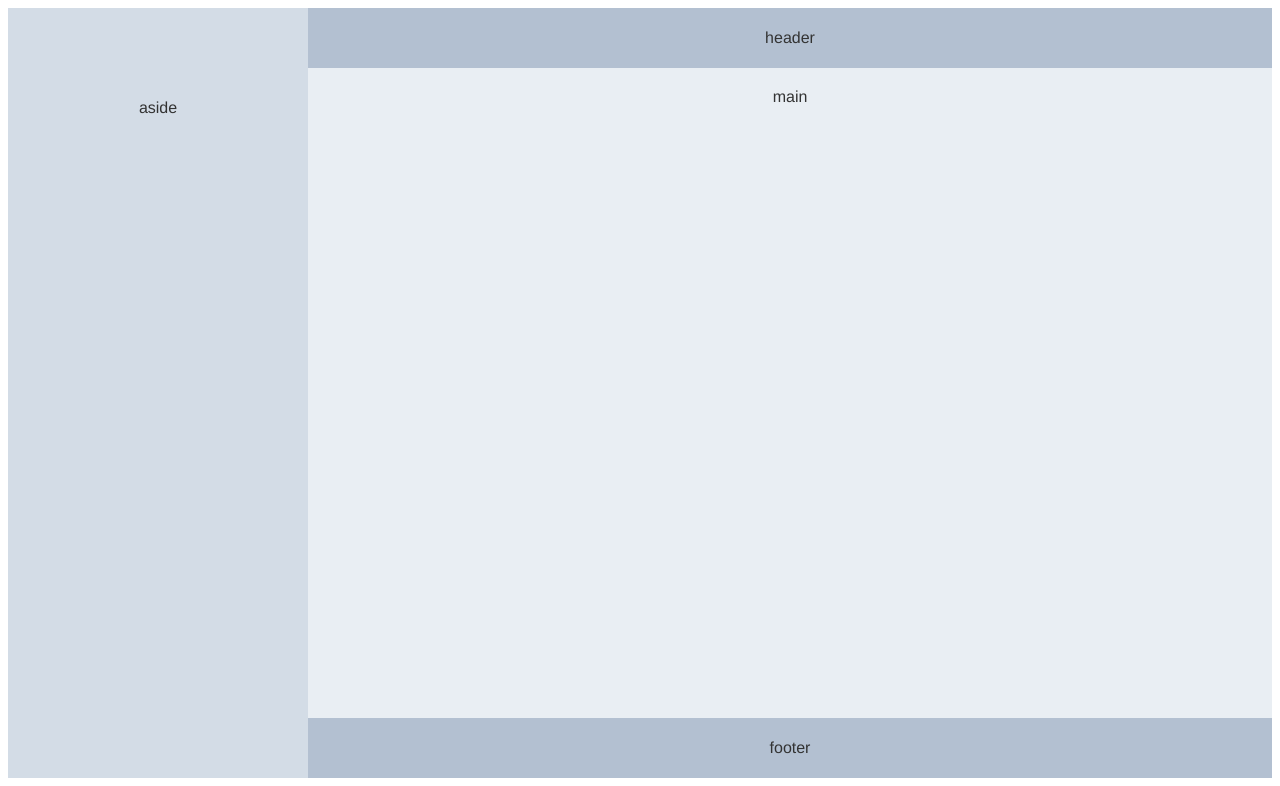
Repository: lagezhou888/element-vue2
Page: /#/button
The author's editor kept a copy of each file at every save. The page is drawn from the files as they stood at one save, then again after the next save.
The browser window is 1280 px wide. The pictures show the whole page.
The project was rebuilt for these pictures with package versions that can differ from the ones it lists, and the page was loaded fresh each time. Also part of the build but not shown: src/components/HelloWorld.vue, src/views/Home.vue.

Above is the page before, as saved 2021-05-13 15:21:29.

### src/main.js
import Vue from 'vue'
import ElementUI from 'element-ui'
import 'element-ui/lib/theme-chalk/index.css'
import App from './App.vue'

// fade/zoom 等
import 'element-ui/lib/theme-chalk/base.css'
// collapse 展开折叠
import CollapseTransition from 'element-ui/lib/transitions/collapse-transition'

import router from './router'
import store from './store'
import '@/plugins/element.js'

Vue.component(CollapseTransition.name, CollapseTransition)
Vue.use(ElementUI, { size: 'small', zIndex: 3000 })
Vue.use(ElementUI)
Vue.config.productionTip = false

new Vue({
  router,
  store,
  render: h => h(App)
}).$mount('#app')

### src/App.vue
<template>
  <div id="app">
    <!-- <div id="nav">
      <router-link to="/">Home</router-link> |
      <router-link to="/about">About</router-link>
    </div> -->
    <router-view/>
  </div>
</template>

<style lang="less">
#app {
  font-family: Avenir, Helvetica, Arial, sans-serif;
  -webkit-font-smoothing: antialiased;
  -moz-osx-font-smoothing: grayscale;
  text-align: center;
  color: #2c3e50;
}

#nav {
  padding: 30px;

  a {
    font-weight: bold;
    color: #2c3e50;

    &.router-link-exact-active {
      color: #42b983;
    }
  }
}
</style>

### src/router/index.js
import Vue from 'vue'
import VueRouter from 'vue-router'
import Home from '../views/Home.vue'

Vue.use(VueRouter)

const routes = [
  {
    path: '/',
    name: 'Home',
    component: Home
  },
  {
    path: '/about',
    name: 'About',
    // route level code-splitting
    // this generates a separate chunk (about.[hash].js) for this route
    // which is lazy-loaded when the route is visited.
    component: () => import(/* webpackChunkName: "about" */ '../views/About.vue')
  },
  {
    path: '/button',
    name: 'button',
    component: () => import('../views/components/use-button.vue')
  }
]

const router = new VueRouter({
  routes
})

export default router

### src/plugins/element.js
import Vue from 'vue'
import {
  Pagination,
  Dialog,
  Autocomplete,
  Dropdown,
  DropdownMenu,
  DropdownItem,
  Menu,
  Submenu,
  MenuItem,
  MenuItemGroup,
  Input,
  InputNumber,
  Radio,
  RadioGroup,
  RadioButton,
  Checkbox,
  CheckboxButton,
  CheckboxGroup,
  Switch,
  Select,
  Option,
  OptionGroup,
  Button,
  ButtonGroup,
  Table,
  TableColumn,
  DatePicker,
  TimeSelect,
  TimePicker,
  Popover,
  Tooltip,
  Breadcrumb,
  BreadcrumbItem,
  Form,
  FormItem,
  Tabs,
  TabPane,
  Tag,
  Tree,
  Alert,
  Slider,
  Icon,
  Row,
  Col,
  Upload,
  Progress,
  Spinner,
  Badge,
  Card,
  Rate,
  Steps,
  Step,
  Carousel,
  CarouselItem,
  Collapse,
  CollapseItem,
  Cascader,
  ColorPicker,
  Transfer,
  Container,
  Header,
  Aside,
  Main,
  Footer,
  Timeline,
  TimelineItem,
  Link,
  Divider,
  Image,
  Calendar,
  Backtop,
  PageHeader,
  CascaderPanel,
  Loading,
  MessageBox,
  Message,
  Notification
} from 'element-ui'

Vue.use(Pagination)
Vue.use(Dialog)
Vue.use(Autocomplete)
Vue.use(Dropdown)
Vue.use(DropdownMenu)
Vue.use(DropdownItem)
Vue.use(Menu)
Vue.use(Submenu)
Vue.use(MenuItem)
Vue.use(MenuItemGroup)
Vue.use(Input)
Vue.use(InputNumber)
Vue.use(Radio)
Vue.use(RadioGroup)
Vue.use(RadioButton)
Vue.use(Checkbox)
Vue.use(CheckboxButton)
Vue.use(CheckboxGroup)
Vue.use(Switch)
Vue.use(Select)
Vue.use(Option)
Vue.use(OptionGroup)
Vue.use(Button)
Vue.use(ButtonGroup)
Vue.use(Table)
Vue.use(TableColumn)
Vue.use(DatePicker)
Vue.use(TimeSelect)
Vue.use(TimePicker)
Vue.use(Popover)
Vue.use(Tooltip)
Vue.use(Breadcrumb)
Vue.use(BreadcrumbItem)
Vue.use(Form)
Vue.use(FormItem)
Vue.use(Tabs)
Vue.use(TabPane)
Vue.use(Tag)
Vue.use(Tree)
Vue.use(Alert)
Vue.use(Slider)
Vue.use(Icon)
Vue.use(Row)
Vue.use(Col)
Vue.use(Upload)
Vue.use(Progress)
Vue.use(Spinner)
Vue.use(Badge)
Vue.use(Card)
Vue.use(Rate)
Vue.use(Steps)
Vue.use(Step)
Vue.use(Carousel)
Vue.use(CarouselItem)
Vue.use(Collapse)
Vue.use(CollapseItem)
Vue.use(Cascader)
Vue.use(ColorPicker)
Vue.use(Transfer)
Vue.use(Container)
Vue.use(Header)
Vue.use(Aside)
Vue.use(Main)
Vue.use(Footer)
Vue.use(Timeline)
Vue.use(TimelineItem)
Vue.use(Link)
Vue.use(Divider)
Vue.use(Image)
Vue.use(Calendar)
Vue.use(Backtop)
Vue.use(PageHeader)
Vue.use(CascaderPanel)

Vue.use(Loading.directive)

Vue.prototype.$loading = Loading.service
Vue.prototype.$msgbox = MessageBox
Vue.prototype.$alert = MessageBox.alert
Vue.prototype.$confirm = MessageBox.confirm
Vue.prototype.$prompt = MessageBox.prompt
Vue.prototype.$notify = Notification
Vue.prototype.$message = Message

### src/views/components/use-button.vue
<template>
  <div>
    <el-container>
      <el-aside width="300px">
          aside
      </el-aside>
      <el-container>
        <el-container>
          <el-header height="60">
            header
          </el-header>
          <el-main style="height: 10;flex-grow: 1;">
            main
          </el-main>
          <el-footer height="60">
            footer
          </el-footer>
        </el-container>
      </el-container>
    </el-container>
  </div>
</template>

<script>
export default {
  data () {
    return {
      list: [
        { name: '111', url: 'http://111' },
        { name: '111', url: 'http://111' }
      ]
    }
  },
  mounted () {
    console.log('old:' + JSON.stringify(this.list))
    this.list.forEach(element => {
      element.name += 'aaa'
    })
    console.log('new:' + JSON.stringify(this.list))
  }
}
</script>

<style lang="less" scoped>
  .el-header, .el-footer {
    background-color: #B3C0D1;
    color: #333;
    text-align: center;
    line-height: 60px;
  }

  .el-aside {
    background-color: #D3DCE6;
    color: #333;
    text-align: center;
    line-height: 200px;
  }

  .el-main {
    background-color: #E9EEF3;
    color: #333;
    text-align: center;
    height: calc(100vh - 70px)
  }

  body > .el-container {
    margin-bottom: 40px;
  }

  .el-container:nth-child(5) .el-aside,
  .el-container:nth-child(6) .el-aside {
    line-height: 260px;
  }

  .el-container:nth-child(7) .el-aside {
    line-height: 320px;
  }
</style>

Loaded but not shown: public/index.html (common file); src/store/index.js (common file)

After the next save:
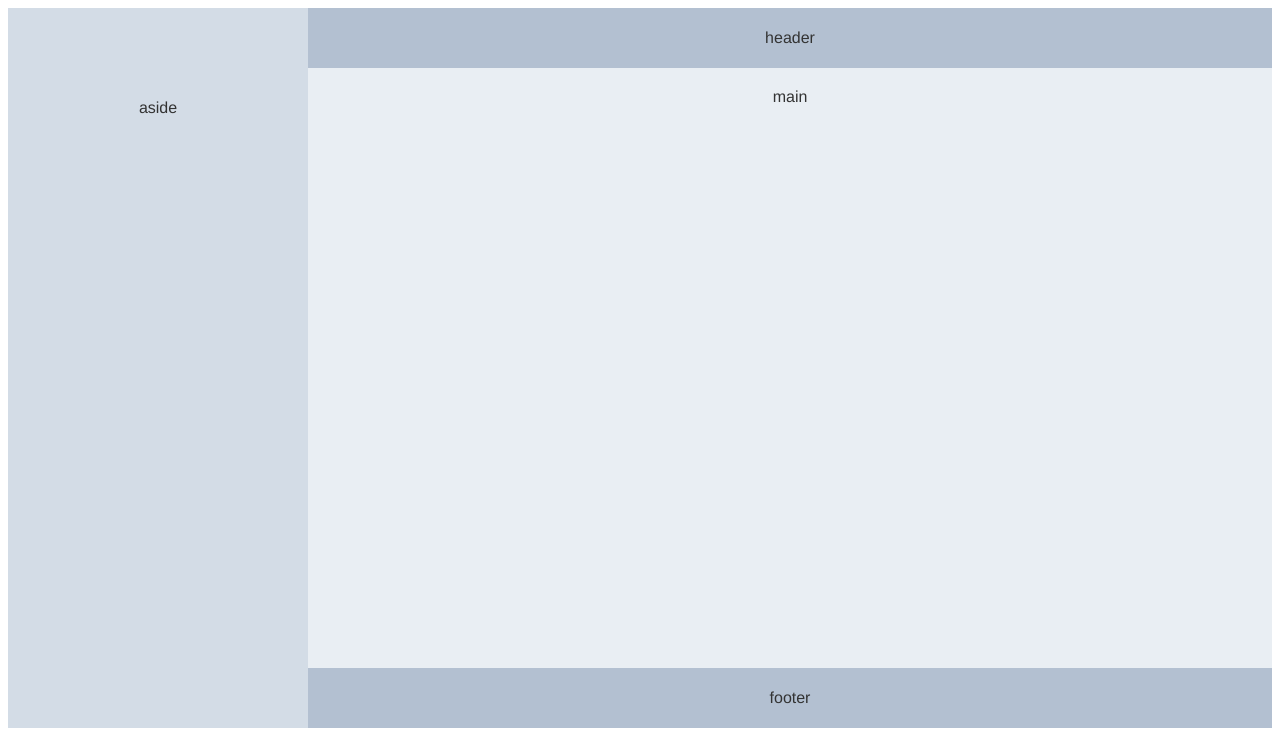
Saved 9 s later.
--- a/src/views/components/use-button.vue
+++ b/src/views/components/use-button.vue
@@ -60,7 +60,7 @@ export default {
     background-color: #E9EEF3;
     color: #333;
     text-align: center;
-    height: calc(100vh - 70px)
+    height: calc(100vh - 120px)
   }
 
   body > .el-container {
